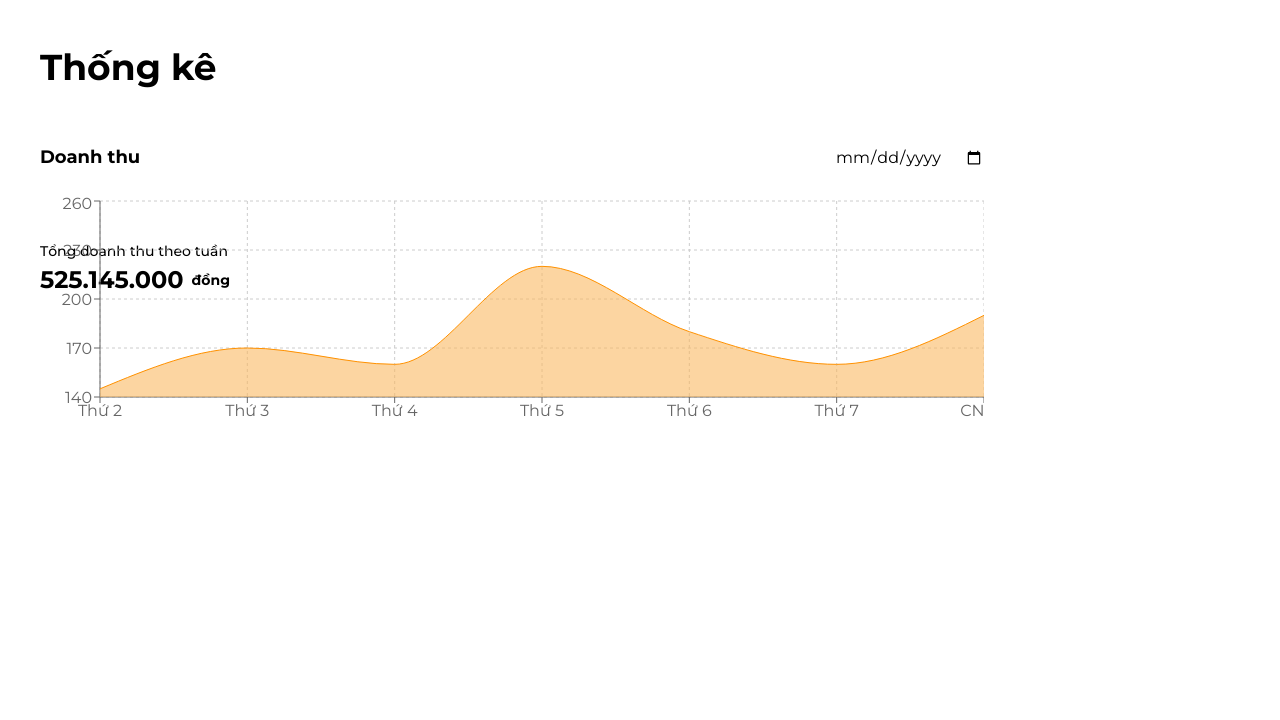
Repository: iphoneboy46/AltaMediaCMS
Page: /
The author's editor kept a copy of each file at every save. The page is drawn from the files as they stood at one save, then again after a run of saves.
The browser window is 1280 px wide. The pictures show the whole page.
Some web libraries are served in a nearby version. The project was rebuilt for these pictures with package versions that can differ from the ones it lists, and the page was loaded fresh each time.

Above is the page before, as saved 2023-03-26 23:01:01.

### public/index.html
<!DOCTYPE html>
<html lang="en">
  <head>
    <meta charset="utf-8" />
    <link rel="icon" href="%PUBLIC_URL%/favicon.ico" />
    <meta name="viewport" content="width=device-width, initial-scale=1" />
    <meta name="theme-color" content="#000000" />
    <meta
      name="description"
      content="Web site created using create-react-app"
    />
    <link rel="apple-touch-icon" href="%PUBLIC_URL%/logo192.png" />
    <!--
      manifest.json provides metadata used when your web app is installed on a
      user's mobile device or desktop. See https://developers.google.com/web/fundamentals/web-app-manifest/
    -->
    <link rel="manifest" href="%PUBLIC_URL%/manifest.json" />
    <!--
      Notice the use of %PUBLIC_URL% in the tags above.
      It will be replaced with the URL of the `public` folder during the build.
      Only files inside the `public` folder can be referenced from the HTML.

      Unlike "/favicon.ico" or "favicon.ico", "%PUBLIC_URL%/favicon.ico" will
      work correctly both with client-side routing and a non-root public URL.
      Learn how to configure a non-root public URL by running `npm run build`.
    -->
    <link rel="stylesheet" href="https://cdnjs.cloudflare.com/ajax/libs/font-awesome/6.3.0/css/all.min.css" integrity="sha512-SzlrxWUlpfuzQ+pcUCosxcglQRNAq/DZjVsC0lE40xsADsfeQoEypE+enwcOiGjk/bSuGGKHEyjSoQ1zVisanQ==" crossorigin="anonymous" referrerpolicy="no-referrer" />
    <title>React App</title>
  </head>
  <body>
    <noscript>You need to enable JavaScript to run this app.</noscript>
    <div id="root"></div>
    <!--
      This HTML file is a template.
      If you open it directly in the browser, you will see an empty page.

      You can add webfonts, meta tags, or analytics to this file.
      The build step will place the bundled scripts into the <body> tag.

      To begin the development, run `npm start` or `yarn start`.
      To create a production bundle, use `npm run build` or `yarn build`.
    -->
  </body>
</html>

### src/index.tsx
import React from "react";
import ReactDOM from "react-dom/client";
import "./index.css";
import App from "./App";
import reportWebVitals from "./reportWebVitals";
import { BrowserRouter } from "react-router-dom";

const root = ReactDOM.createRoot(
  document.getElementById("root") as HTMLElement
);
root.render(
  <React.StrictMode>
    <BrowserRouter>
      {" "}
      <App />
    </BrowserRouter>
  </React.StrictMode>
);

// If you want to start measuring performance in your app, pass a function
// to log results (for example: reportWebVitals(console.log))
// or send to an analytics endpoint. Learn more: https://bit.ly/CRA-vitals
reportWebVitals();

### src/App.tsx

import './App.css';
import Home from './components/Home/Home';
import MenuBar from './components/Menu/MenuBar';

function App() {
  return (
    <div className="App">
      {/* <MenuBar /> */}
      <Home />
    </div>
  );
}

export default App;

### src/App.css
@import url('https://fonts.googleapis.com/css2?family=Montserrat:wght@300;400;500;700&display=swap');

*{
  margin: 0;
  padding: 0;
  box-sizing: border-box;
  font-family: 'Montserrat', sans-serif;
}

### src/components/Home/Home.tsx
import React from 'react'
import Charts from '../Charts/Charts'

function Home() {
  return (
    <div className="w-[80%] bg-[white] p-10">
        <div className="">
            <h1 className="text-[black] text-[36px] font-[700]">Thống kê</h1>
        </div>
        <div className="flex items-center justify-between mt-[50px] mb-[20px]">
           <div> <h2 className="text-[black] text-[18px] font-[600]">Doanh thu</h2></div>
           <div>
             <input className="" type="date" value="" />
           </div>
        </div>
        <Charts />
        <div className="mt-[50px]">
          <h3 className="text-[14px] font-[500]">Tổng doanh thu theo tuần</h3>
          <div className="flex items-center"><h1 className="text-[24px] font-[700] mr-2">525.145.000</h1> <p className="text-[14px] font-[600]">đồng</p></div>
        </div>
    </div>
  )
}

export default Home

### src/components/Charts/Charts.tsx
import React from "react";
import {
  AreaChart,
  Area,
  XAxis,
  YAxis,
  CartesianGrid,
  Tooltip,
  ResponsiveContainer,
} from "recharts";
function Charts() {
  const data = [
    {

      name: "Thứ 2",

      uv: 145,

    },
    {
      name: "Thứ 3",
      uv: 170,

    },
    {
      name: "Thứ 4",
      uv: 160,

    },
    {
      name: "Thứ 5",
      uv: 220,

    },
    {
      name: "Thứ 6",
      uv: 180,

    },
    {
      name: "Thứ 7",
      uv: 160,

    },
    {
      name: "CN",
      uv: 190,

    },
  ];

  return (
    <div className="w-[100%] h-[100%] ">
      <ResponsiveContainer width="100%" aspect={4}>
        <AreaChart
          width={500}
          height={400}
          data={data}
          margin={{
            top: 10,
            right: 0,
            left: 0,
            bottom: 0,
          }}
        >
          <CartesianGrid strokeDasharray="3 3" />
          <XAxis   dataKey="name" />
          <YAxis dataKey="label" type="number" domain={[140,260]}  allowDataOverflow={true} />
          <Tooltip />
          <Area
            type="monotone"
            dataKey="uv"
            stackId="1"
            stroke="#FF9100"
            fill="#FAB963"
          />
        </AreaChart>
      </ResponsiveContainer>
    </div>
  );
}

export default Charts;

### tailwind.config.js

module.exports = {
  content: [
    "./src/**/*.{js,jsx,ts,tsx}",
    ],
  theme: {
    extend: {},
    colors:{
        'yellowMain':"#FFB800",
         'background' :"#E5E5E5"

    }
  },
  plugins: [],
}

### src/Routes.tsx
import Home from './components/Home/Home';


const publicRoutes = [
    {path:'/', component:Home},


]


const privateRoute = []

export {publicRoutes}

Loaded but not shown: src/index.css (common file); src/reportWebVitals.ts (common file)

After the next 2 saves:
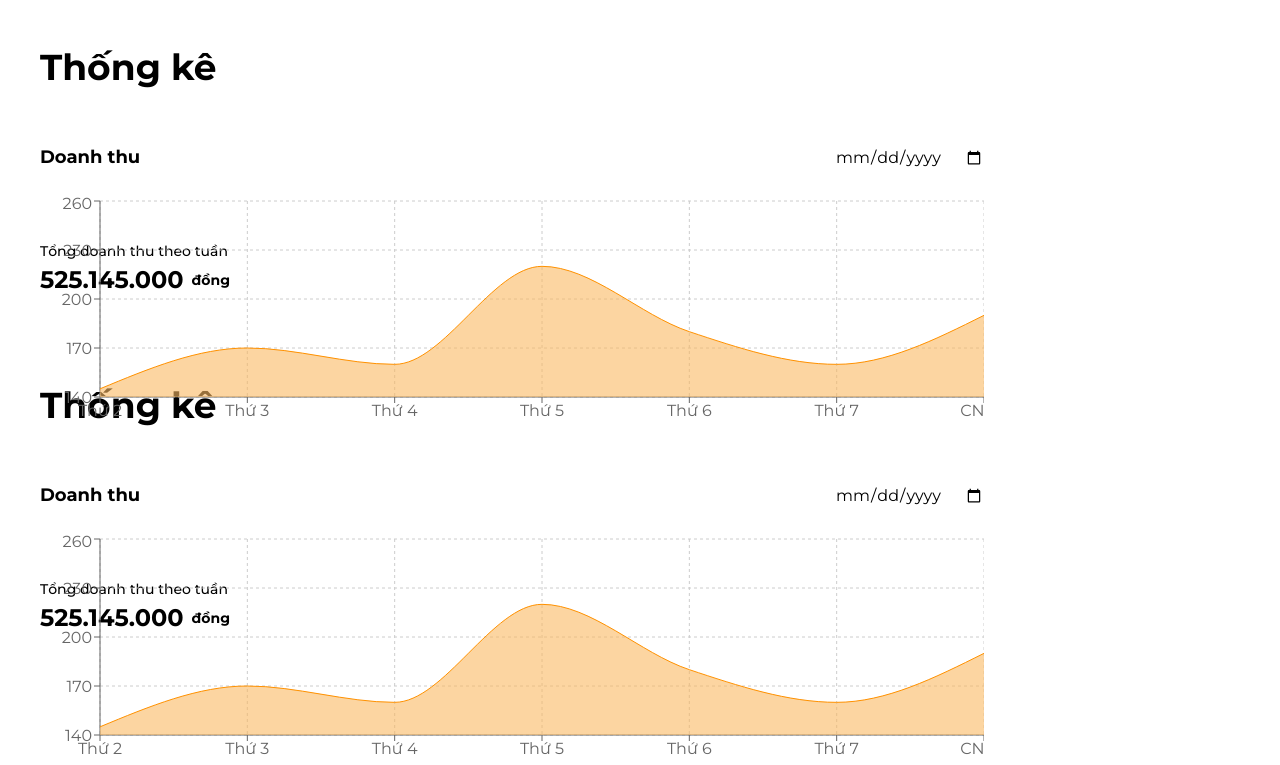
The 2 saves are shown as one change because 1 did not build or start.
The last was saved 2 min 16 s later.
--- a/src/App.tsx
+++ b/src/App.tsx
@@ -1,13 +1,26 @@
 
+import { Route, Routes } from 'react-router-dom';
 import './App.css';
 import Home from './components/Home/Home';
 import MenuBar from './components/Menu/MenuBar';
+import { publicRoutes } from './Routes';
 
 function App() {
   return (
     <div className="App">
       {/* <MenuBar /> */}
       <Home />
+      <Routes>
+        {
+          publicRoutes.map((router,index)=>{
+            const Page =router.component
+
+            return(
+              <Route key={index} path={router.path} element={<Page />}></Route>
+            )
+          })
+        }
+      </Routes>
     </div>
   );
 }
